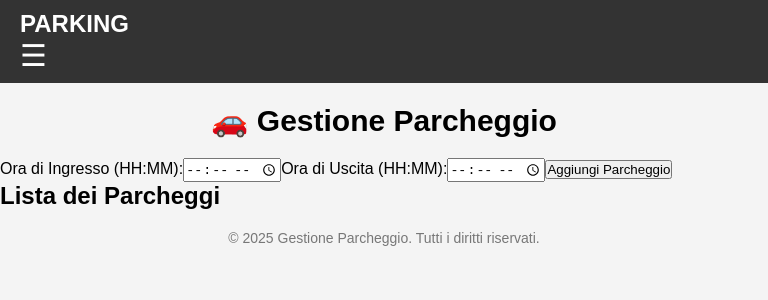
Repository: Probyte5D/ParcheggioApp
Page: / (app in frontend/)
These files come from the project's save history. The page is drawn as it stood at one moment and after the next save; the edit follows.
The browser window is 768 px wide. The pictures show the whole page.
The page's requests for data from a server got no answer. The project was rebuilt for these pictures with package versions that can differ from the ones it lists, and the page was loaded fresh each time. No one was signed in, and anything a server would have sent is missing.

Above is the page before, as saved 2025-04-28 19:28:18.

### frontend/src/App.js
import React, { useEffect, useState } from 'react';
import Header from './components/Header';
import Navbar from './components/Navbar';
import ParkingForm from './components/ParkingForm';
import ParkingList from './components/ParkingList';
import Footer from './components/Footer';
import './App.css';
import axios from 'axios';

function App() {
  const [parcheggi, setParcheggi] = useState([]);

  const caricaParcheggi = async () => {
    try {
        const response = await axios.get('/parcheggio/tutti'); // Use the correct endpoint
        setParcheggi(response.data);
    } catch (error) {
        console.error("Error loading parking spots", error);
    }
};

  useEffect(() => {
    caricaParcheggi();
  }, []);

  const aggiungiParcheggio = async (oraIngresso, oraUscita) => {
    await axios.post('/api/parcheggi', { oraIngresso, oraUscita });
    caricaParcheggi();
  };

  return (
    <div className="App">
      <Navbar />
      <Header />
      <ParkingForm onAdd={aggiungiParcheggio} />
      <ParkingList parcheggi={parcheggi} />
      <Footer />
    </div>
  );
}

export default App;

### frontend/src/components/Header.jsx
import React from 'react';

function Header() {
  return (
    <header style={{ padding: '20px 0', textAlign: 'center', fontSize: '30px', fontWeight: 'bold' }}>
      🚗 Gestione Parcheggio
    </header>
  );
}

export default Header;

### frontend/src/components/Navbar.jsx
import React, { useState } from 'react';
import './Navbar.css';

function Navbar() {
  const [menuOpen, setMenuOpen] = useState(false);

  const toggleMenu = () => {
    setMenuOpen(!menuOpen);
  };

  return (
    <nav className="navbar">
      <div className="navbar-container">
        <a href="/" className="navbar-logo">
          Parking
        </a>
        <ul className={`navbar-links ${menuOpen ? 'active' : ''}`}>
          <li><a href="/home">Home</a></li>
          <li><a href="/about">About</a></li>
          <li><a href="/contact">Contact</a></li>
        </ul>
        <div className="navbar-menu-icon" onClick={toggleMenu}>
          &#9776; {/* Questo è il simbolo dell'icona hamburger */}
        </div>
      </div>
    </nav>
  );
}

export default Navbar;

### frontend/src/components/ParkingForm.jsx
import React, { useState } from 'react';

function ParkingForm({ onAdd }) {
  const [oraIngresso, setOraIngresso] = useState('');
  const [oraUscita, setOraUscita] = useState('');

  const handleSubmit = (e) => {
    e.preventDefault();
    if (oraIngresso && oraUscita) {
      onAdd(oraIngresso, oraUscita);
      setOraIngresso('');
      setOraUscita('');
    }
  };

  return (
    <form onSubmit={handleSubmit}>
      <label>Ora di Ingresso (HH:MM):</label>
      <input type="time" value={oraIngresso} onChange={(e) => setOraIngresso(e.target.value)} required />

      <label>Ora di Uscita (HH:MM):</label>
      <input type="time" value={oraUscita} onChange={(e) => setOraUscita(e.target.value)} required />

      <button type="submit">Aggiungi Parcheggio</button>
    </form>
  );
}

export default ParkingForm;

### frontend/src/components/ParkingList.jsx
import React from 'react';

function ParkingList({ parcheggi }) {
  return (
    <div>
      <h2 className="ListaParcheggiTitle">Lista dei Parcheggi</h2>
      <ul>
        {parcheggi.map((p) => (
          <li key={p.id}>
            ID: {p.id}, Ora Ingresso: {p.oraIngresso}, Ora Uscita: {p.oraUscita}, Durata: {p.durata} min, Costo: €{p.costo}
          </li>
        ))}
      </ul>
    </div>
  );
}

export default ParkingList;

### frontend/src/components/Footer.jsx
import React from 'react';

function Footer() {
  return (
    <footer style={{ marginTop: '20px', textAlign: 'center', fontSize: '14px', color: '#777' }}>
      © 2025 Gestione Parcheggio. Tutti i diritti riservati.
    </footer>
  );
}

export default Footer;

### frontend/src/App.css
/* App.css: stili generali e layout principale */
* {
  margin: 0;
  padding: 0;
  box-sizing: border-box;
}

html{
  font-size: 62,5%;
}

body {
  font-family: Arial, sans-serif;
  background-color: #f4f4f4;
}

.App {
  display: flex;
  flex-direction: column;
  min-height: 100vh;
}

### frontend/src/components/Navbar.css
/* Stile generale della navbar */
.navbar {
  background-color: #333; /* Colore di sfondo */
  overflow: hidden; /* Assicurati che gli elementi della navbar non fuoriescano */
  position: sticky; /* La navbar resta visibile quando si scorre */
  top: 0;
  width: 100%;
  z-index: 1000;
}

/* Stile per il contenitore della navbar */
.navbar-container {
  display: flex; /* Usa il flexbox per allineare gli elementi orizzontalmente */
  justify-content: space-between; /* Distanza tra i diversi gruppi di elementi */
  align-items: center; /* Allinea gli elementi verticalmente */
  padding: 10px 20px; /* Padding interno per dare spazio */
}

/* Logo nella navbar */
.navbar-logo {
  font-size: 24px; /* Impostazione della dimensione del logo */
  color: #fff; /* Colore del testo del logo */
  font-weight: bold; /* Logo in grassetto */
  text-transform: uppercase; /* Per rendere il logo in maiuscolo */
  text-decoration: none; /* Rimuove la sottolineatura */
}

/* Links della navbar */
.navbar-links {
  display: flex; /* Disporre i link orizzontalmente */
  list-style: none; /* Rimuove i pallini dei list-item */
  margin: 0; /* Rimuove i margini */
  padding: 0; /* Rimuove il padding */
}

/* Stile per ciascun link */
.navbar-links li {
  margin: 0 15px; /* Distanza tra i link */
}

/* Stile per i link */
.navbar-links a {
  color: #fff; /* Colore bianco per il testo */
  font-size: 18px; /* Dimensione del font */
  text-decoration: none; /* Rimuove la sottolineatura */
  transition: color 0.3s ease; /* Transizione per il colore al passaggio del mouse */
}

.navbar-links a:hover {
  color: #f39c12; /* Colore arancione quando il mouse passa sopra */
}

/* Stile del menu hamburger per mobile */
.navbar-menu-icon {
  display: none; /* Nascosto per dispositivi desktop */
  font-size: 30px;
  color: #fff;
  cursor: pointer;
}

/* Media query per dispositivi mobili */
@media (max-width: 768px) {
  .navbar-container {
    flex-direction: column; /* Imposta gli elementi in colonna sui dispositivi mobili */
    align-items: flex-start; /* Allinea a sinistra gli elementi */
  }

  /* Nascondi i link di navigazione di default */
  .navbar-links {
    display: none;
    width: 100%;
    flex-direction: column; /* Aggiungi disposizione verticale per il menu */
    padding: 10px 0;
  }

  /* Aggiungi margine ai link nel mobile */
  .navbar-links li {
    margin: 10px 0;
  }

  /* Mostra il menu quando cliccato */
  .navbar-links.active {
    display: flex;
  }

  /* Mostra l'icona del menu hamburger sui dispositivi mobili */
  .navbar-menu-icon {
    display: block;
  }
}

Loaded but not shown: frontend/public/index.html (common file); frontend/src/index.js (common file); frontend/src/index.css (common file); frontend/src/reportWebVitals.js (common file)

After the next save:
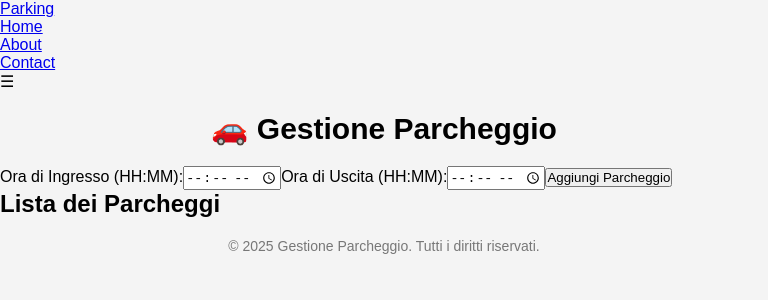
Saved 32 s later.
--- a/frontend/src/components/Navbar.css
+++ b/frontend/src/components/Navbar.css
@@ -1,90 +1,33 @@
-/* Stile generale della navbar */
-.navbar {
-  background-color: #333; /* Colore di sfondo */
-  overflow: hidden; /* Assicurati che gli elementi della navbar non fuoriescano */
-  position: sticky; /* La navbar resta visibile quando si scorre */
+/* Navbar.css */
+.Navbar {
+  background-color: #2c3e50;
+  color: white;
+  padding: 1rem 2rem;
+  position: sticky;
   top: 0;
+  z-index: 10;
   width: 100%;
-  z-index: 1000;
 }
 
-/* Stile per il contenitore della navbar */
-.navbar-container {
-  display: flex; /* Usa il flexbox per allineare gli elementi orizzontalmente */
-  justify-content: space-between; /* Distanza tra i diversi gruppi di elementi */
-  align-items: center; /* Allinea gli elementi verticalmente */
-  padding: 10px 20px; /* Padding interno per dare spazio */
+.Navbar ul {
+  list-style: none;
+  display: flex;
+  justify-content: space-around;
 }
 
-/* Logo nella navbar */
-.navbar-logo {
-  font-size: 24px; /* Impostazione della dimensione del logo */
-  color: #fff; /* Colore del testo del logo */
-  font-weight: bold; /* Logo in grassetto */
-  text-transform: uppercase; /* Per rendere il logo in maiuscolo */
-  text-decoration: none; /* Rimuove la sottolineatura */
+.Navbar li {
+  margin: 0 15px;
 }
 
-/* Links della navbar */
-.navbar-links {
-  display: flex; /* Disporre i link orizzontalmente */
-  list-style: none; /* Rimuove i pallini dei list-item */
-  margin: 0; /* Rimuove i margini */
-  padding: 0; /* Rimuove il padding */
+.Navbar a {
+  color: white;
+  text-decoration: none;
+  font-size: 1.1rem;
+  padding: 10px;
+  transition: background-color 0.3s ease;
 }
 
-/* Stile per ciascun link */
-.navbar-links li {
-  margin: 0 15px; /* Distanza tra i link */
+.Navbar a:hover {
+  background-color: #34495e;
+  border-radius: 5px;
 }
-
-/* Stile per i link */
-.navbar-links a {
-  color: #fff; /* Colore bianco per il testo */
-  font-size: 18px; /* Dimensione del font */
-  text-decoration: none; /* Rimuove la sottolineatura */
-  transition: color 0.3s ease; /* Transizione per il colore al passaggio del mouse */
-}
-
-.navbar-links a:hover {
-  color: #f39c12; /* Colore arancione quando il mouse passa sopra */
-}
-
-/* Stile del menu hamburger per mobile */
-.navbar-menu-icon {
-  display: none; /* Nascosto per dispositivi desktop */
-  font-size: 30px;
-  color: #fff;
-  cursor: pointer;
-}
-
-/* Media query per dispositivi mobili */
-@media (max-width: 768px) {
-  .navbar-container {
-    flex-direction: column; /* Imposta gli elementi in colonna sui dispositivi mobili */
-    align-items: flex-start; /* Allinea a sinistra gli elementi */
-  }
-
-  /* Nascondi i link di navigazione di default */
-  .navbar-links {
-    display: none;
-    width: 100%;
-    flex-direction: column; /* Aggiungi disposizione verticale per il menu */
-    padding: 10px 0;
-  }
-
-  /* Aggiungi margine ai link nel mobile */
-  .navbar-links li {
-    margin: 10px 0;
-  }
-
-  /* Mostra il menu quando cliccato */
-  .navbar-links.active {
-    display: flex;
-  }
-
-  /* Mostra l'icona del menu hamburger sui dispositivi mobili */
-  .navbar-menu-icon {
-    display: block;
-  }
-}

After the save that followed:
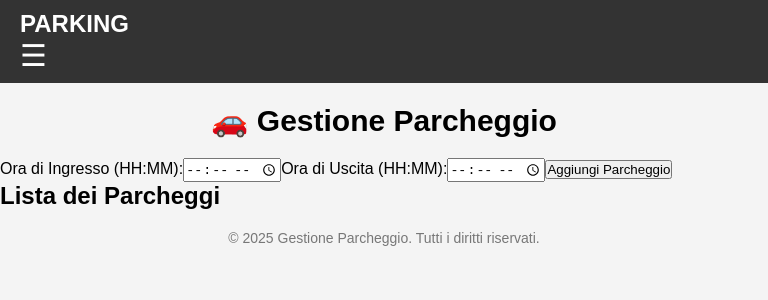
Saved 6 s later.
--- a/frontend/src/components/Navbar.css
+++ b/frontend/src/components/Navbar.css
@@ -1,33 +1,90 @@
-/* Navbar.css */
-.Navbar {
-  background-color: #2c3e50;
-  color: white;
-  padding: 1rem 2rem;
-  position: sticky;
+/* Stile generale della navbar */
+.navbar {
+  background-color: #333; /* Colore di sfondo */
+  overflow: hidden; /* Assicurati che gli elementi della navbar non fuoriescano */
+  position: sticky; /* La navbar resta visibile quando si scorre */
   top: 0;
-  z-index: 10;
   width: 100%;
+  z-index: 1000;
 }
 
-.Navbar ul {
-  list-style: none;
-  display: flex;
-  justify-content: space-around;
+/* Stile per il contenitore della navbar */
+.navbar-container {
+  display: flex; /* Usa il flexbox per allineare gli elementi orizzontalmente */
+  justify-content: space-between; /* Distanza tra i diversi gruppi di elementi */
+  align-items: center; /* Allinea gli elementi verticalmente */
+  padding: 10px 20px; /* Padding interno per dare spazio */
 }
 
-.Navbar li {
-  margin: 0 15px;
+/* Logo nella navbar */
+.navbar-logo {
+  font-size: 24px; /* Impostazione della dimensione del logo */
+  color: #fff; /* Colore del testo del logo */
+  font-weight: bold; /* Logo in grassetto */
+  text-transform: uppercase; /* Per rendere il logo in maiuscolo */
+  text-decoration: none; /* Rimuove la sottolineatura */
 }
 
-.Navbar a {
-  color: white;
-  text-decoration: none;
-  font-size: 1.1rem;
-  padding: 10px;
-  transition: background-color 0.3s ease;
+/* Links della navbar */
+.navbar-links {
+  display: flex; /* Disporre i link orizzontalmente */
+  list-style: none; /* Rimuove i pallini dei list-item */
+  margin: 0; /* Rimuove i margini */
+  padding: 0; /* Rimuove il padding */
 }
 
-.Navbar a:hover {
-  background-color: #34495e;
-  border-radius: 5px;
+/* Stile per ciascun link */
+.navbar-links li {
+  margin: 0 15px; /* Distanza tra i link */
 }
+
+/* Stile per i link */
+.navbar-links a {
+  color: #fff; /* Colore bianco per il testo */
+  font-size: 18px; /* Dimensione del font */
+  text-decoration: none; /* Rimuove la sottolineatura */
+  transition: color 0.3s ease; /* Transizione per il colore al passaggio del mouse */
+}
+
+.navbar-links a:hover {
+  color: #f39c12; /* Colore arancione quando il mouse passa sopra */
+}
+
+/* Stile del menu hamburger per mobile */
+.navbar-menu-icon {
+  display: none; /* Nascosto per dispositivi desktop */
+  font-size: 30px;
+  color: #fff;
+  cursor: pointer;
+}
+
+/* Media query per dispositivi mobili */
+@media (max-width: 768px) {
+  .navbar-container {
+    flex-direction: column; /* Imposta gli elementi in colonna sui dispositivi mobili */
+    align-items: flex-start; /* Allinea a sinistra gli elementi */
+  }
+
+  /* Nascondi i link di navigazione di default */
+  .navbar-links {
+    display: none;
+    width: 100%;
+    flex-direction: column; /* Aggiungi disposizione verticale per il menu */
+    padding: 10px 0;
+  }
+
+  /* Aggiungi margine ai link nel mobile */
+  .navbar-links li {
+    margin: 10px 0;
+  }
+
+  /* Mostra il menu quando cliccato */
+  .navbar-links.active {
+    display: flex;
+  }
+
+  /* Mostra l'icona del menu hamburger sui dispositivi mobili */
+  .navbar-menu-icon {
+    display: block;
+  }
+}
